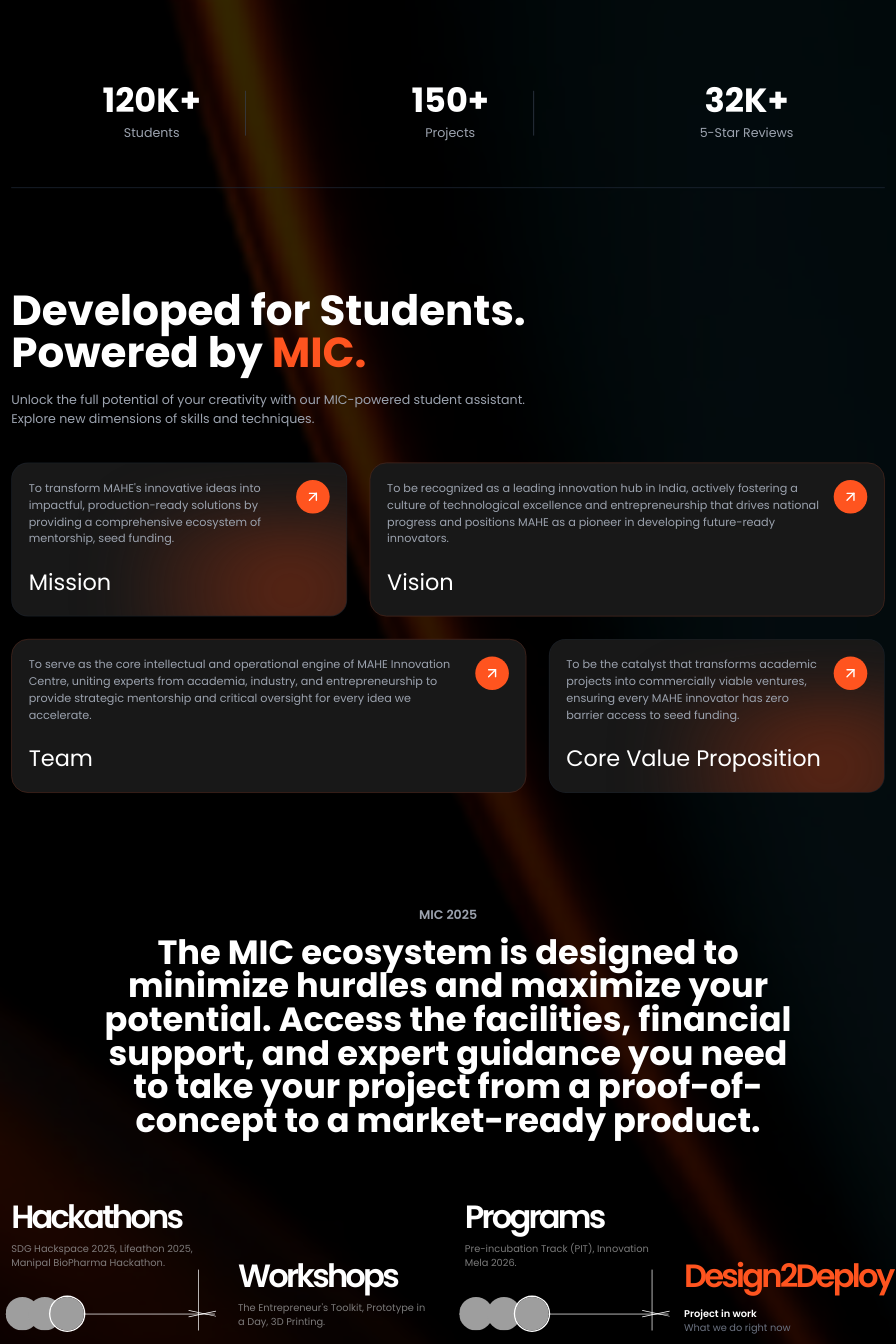
Repository: Sourish-19/Axiom
Page: /
These files come from the project's save history. The page is drawn as it stood at one moment and after a run of saves; the edit follows.
The browser window is 1280 px wide. The pictures show the part of the page from y = 624 to 2544 px (the page is 5731 px tall), at 70% of full size.
Pictures or frames that could not be fetched are drawn as grey boxes. Some web libraries are served in a nearby version. The project was rebuilt for these pictures with package versions that can differ from the ones it lists, and the page was loaded fresh each time. Also part of the build but not shown: vite.config.ts, components/Modal.tsx, components/ContactForm.tsx, components/EventRegistrationForm.tsx.

Above is the page before, as saved 2025-10-02 15:52:13.

### index.html
<!DOCTYPE html>
<html lang="en" class="scroll-smooth">
  <head>
    <meta charset="UTF-8" />
    <link rel="icon" type="image/svg+xml" href="/vite.svg" />
    <meta name="viewport" content="width=device-width, initial-scale=1.0" />
    <title>Axiom</title>
    <script src="https://cdn.tailwindcss.com"></script>
    <style>
      @import url('https://fonts.googleapis.com/css2?family=Poppins:wght@400;500;600;700;800;900&display=swap');
      body {
        font-family: 'Poppins', sans-serif;
      }
    </style>
  <script type="importmap">
{
  "imports": {
    "react/": "https://aistudiocdn.com/react@^19.1.1/",
    "react": "https://aistudiocdn.com/react@^19.1.1",
    "react-dom/": "https://aistudiocdn.com/react-dom@^19.1.1/"
  }
}
</script>
</head>
  <body>
    <div id="root"></div>
    <script type="module" src="/index.tsx"></script>
  </body>
</html>

### App.tsx

import React, { useState } from 'react';
import Header from './components/Header';
import Hero from './components/Hero';
import Stats from './components/Stats';
import DevelopedForStudents from './components/DevelopedForStudents';
import MICSystem from './components/MICSystem';
import Launchpad from './components/Launchpad';
import FAQ from './components/FAQ';
import CTA from './components/CTA';
import Footer from './components/Footer';
import Modal from './components/Modal';
import ContactForm from './components/ContactForm';
import EventRegistrationForm from './components/EventRegistrationForm';

function App() {
  const [isContactModalOpen, setIsContactModalOpen] = useState(false);
  const [isEventModalOpen, setIsEventModalOpen] = useState(false);

  return (
    <div className="bg-black text-white overflow-hidden relative">
      {/* Background elements */}
      <div className="absolute inset-0 z-0 opacity-20" style={{ backgroundImage: `url(${'/axiom_bg2.jpg'})`, backgroundSize: 'cover' }}></div>
      {/* <img src='/axiom_bg2.png' alt="background glow top" className="absolute -top-1/2 -right-1/4 w-full h-auto z-0 opacity-50 mix-blend-screen" />
      <img src="https://i.imgur.com/9v1M618.png" alt="background wave bottom" className="absolute -bottom-1/3 left-0 w-full h-auto z-0 opacity-40 mix-blend-screen" /> */}


      <div className="relative z-10">
        <Header onContactClick={() => setIsContactModalOpen(true)} />
        <main>
          <Hero onEventClick={() => setIsEventModalOpen(true)} />
          <Stats />
          <DevelopedForStudents />
          <MICSystem onEventClick={() => setIsEventModalOpen(true)} />
          <Launchpad onContactClick={() => setIsContactModalOpen(true)} />
          <FAQ />
          <CTA onContactClick={() => setIsContactModalOpen(true)} />
        </main>
        <Footer onContactClick={() => setIsContactModalOpen(true)}/>
      </div>

      {isContactModalOpen && (
        <Modal isOpen={isContactModalOpen} onClose={() => setIsContactModalOpen(false)}>
          <ContactForm />
        </Modal>
      )}

      {isEventModalOpen && (
        <Modal isOpen={isEventModalOpen} onClose={() => setIsEventModalOpen(false)}>
          <EventRegistrationForm />
        </Modal>
      )}
    </div>
  );
}

export default App;

### components/Header.tsx

import React, { useState, useEffect } from 'react';

const navLinks = [
  { name: 'Home', href: '#home' },
  { name: 'About MIC', href: '#about' },
  { name: 'Events', href: '#events' },
  { name: 'Resources', href: '#resources' },
  { name: 'FAQs', href: '#faqs' },
];

interface HeaderProps {
  onContactClick: () => void;
}

const Header: React.FC<HeaderProps> = ({ onContactClick }) => {
  const [activeLink, setActiveLink] = useState('home');
  const [isScrolled, setIsScrolled] = useState(false);

  useEffect(() => {
    const handleScroll = () => {
      const sections = ['home', 'about', 'events', 'resources', 'faqs', 'contact'];
      const scrollPosition = window.scrollY + 100;

      let currentSection = 'home';
      for (const sectionId of sections) {
        const section = document.getElementById(sectionId);
        if (section && section.offsetTop <= scrollPosition) {
          currentSection = sectionId;
        }
      }

      // Map contact to faqs for nav link highlighting
      // const navSection = currentSection === 'contact' ? 'faqs' : currentSection;
      setActiveLink(currentSection);

      setIsScrolled(window.scrollY > 10);
    };

    window.addEventListener('scroll', handleScroll);

    return () => {
      window.removeEventListener('scroll', handleScroll);
    };
  }, []);

  return (
    <header className={`fixed top-0 left-0 right-0 z-50 transition-all duration-300 ${isScrolled ? 'bg-black/80 backdrop-blur-md  ' : 'bg-transparent'} py-6 px-4 md:px-8 lg:px-16 xl:px-32`}>
      <div className="container mx-auto flex justify-between items-center">
        <div className="flex items-center">
            <img src="/axiom_logo.png" alt="Axiom Logo" className="h-8 w-auto" />
        </div>
        <nav className="hidden lg:flex items-center space-x-8">
          {navLinks.map((link) => (
            <a
              key={link.name}
              href={link.href}
              className={`relative text-base text-gray-300 hover:text-white transition-colors ${activeLink === link.href.substring(1) ? 'text-white' : ''}`}
            >
              {link.name}
              {activeLink === link.href.substring(1) && (
                  <span className="absolute bottom-[-8px] left-0 w-full h-0.5 bg-[#FF541F] rounded-full"></span>
              )}
            </a>
          ))}
        </nav>
        <div className="flex items-center space-x-4">
          <button onClick={onContactClick} className="bg-gradient-to-r from-[#FF541F] to-[#FF8A65] text-white px-6 py-2 rounded-md font-semibold hover:opacity-90 transition-opacity">
            Contact us
          </button>
          <button className="lg:hidden text-white">
            <svg className="w-6 h-6" fill="none" stroke="currentColor" viewBox="0 0 24 24" xmlns="http://www.w3.org/2000/svg"><path strokeLinecap="round" strokeLinejoin="round" strokeWidth="2" d="M4 6h16M4 12h16m-7 6h7"></path></svg>
          </button>
        </div>
      </div>
    </header>
  );
};

export default Header;

### components/Hero.tsx
import React from 'react';
import { StarIcon } from './Icons';

interface HeroProps {
  onEventClick: () => void;
}

const Hero: React.FC<HeroProps> = ({ onEventClick }) => {
  return (
    <section
      id="home"
      className="py-20 md:py-32 px-4 relative"
    >
      <div className="container mx-auto text-center relative">
        <div className="flex justify-center items-center mb-6 bg-gray-900 bg-opacity-50 border border-gray-700 rounded-full px-4 py-2 w-fit mx-auto backdrop-blur-sm">
          <div className="flex -space-x-2 mr-3">
            <img className="inline-block h-8 w-8 rounded-full ring-2 ring-gray-800" src="https://picsum.photos/id/1027/50/50" alt="Peer 1" />
            <img className="inline-block h-8 w-8 rounded-full ring-2 ring-gray-800" src="https://picsum.photos/id/1011/50/50" alt="Peer 2" />
            <img className="inline-block h-8 w-8 rounded-full ring-2 ring-gray-800" src="https://picsum.photos/id/1012/50/50" alt="Peer 3" />
          </div>
          <div className="flex flex-col mr-3">
            <div className="flex">
                {[...Array(5)].map((_, i) => <StarIcon key={i} className="w-4 h-4" />)}
            </div>
            <span className="text-gray-300 text-xs mt-1">115+ happy peers</span>
          </div>
        </div>

        <h1 className="text-5xl md:text-7xl font-extrabold leading-tight">
          Automate <span className="text-[#FF541F]">Intelligence.</span>
          <br />
          Accelerate Growth.
        </h1>
        <p className="max-w-2xl mx-auto mt-6 text-lg text-gray-400">
          Our AI-powered SaaS platform empowers businesses to streamline operations, automate repetitive tasks, and make smarter, data-driven decisions—all from one intuitive dashboard.
        </p>
        <div className="mt-10 flex flex-col sm:flex-row justify-center items-center gap-4">
          <button onClick={onEventClick} className="bg-gradient-to-r from-[#FF541F] to-[#FF8A65] text-white px-8 py-3 rounded-md font-semibold text-lg hover:opacity-90 transition-opacity w-full sm:w-auto">
            Get Started
          </button>
          <a href="#" className="border border-gray-600 text-white px-8 py-3 rounded-md font-semibold text-lg hover:bg-gray-800 transition-colors w-full sm:w-auto">
            Get In Touch
          </a>
        </div>
      </div>
    </section>
  );
};

export default Hero;

### components/Stats.tsx

import React from 'react';

const stats = [
  { value: '120K+', label: 'Students' },
  { value: '150+', label: 'Projects' },
  { value: '32K+', label: '5-Star Reviews' },
];

const Stats = () => {
  return (
    <section className="py-16 px-4">
      <div className="container mx-auto">
        <div className="flex flex-col md:flex-row justify-around items-center text-center gap-10">
          {stats.map((stat, index) => (
            <div key={index} className="relative w-full md:w-auto">
              {index < stats.length - 1 && <div className="hidden md:block absolute top-1/2 right-0 transform -translate-y-1/2 h-16 w-px bg-gray-700 -mr-16"></div>}
              <p className="text-5xl font-bold text-white">{stat.value}</p>
              <p className="mt-2 text-lg text-gray-400">{stat.label}</p>
            </div>
          ))}
        </div>
        <div className="mt-16 border-t border-gray-800"></div>
      </div>
    </section>
  );
};

export default Stats;

### components/DevelopedForStudents.tsx
import React from 'react';
import { ArrowRightIcon } from './Icons';

interface CardProps {
  title: string;
  content: string;
  className?: string;
  hasGradient?: boolean;
}

const Card: React.FC<CardProps> = ({ title, content, className = '', hasGradient = false }) => {
  return (
    <div
      className={`bg-[#181818] h-[220px] border rounded-3xl group relative overflow-hidden ${className}`}
    >
      {hasGradient && (
        <div aria-hidden="true" className="absolute z-1 top-1/3 left-1/3 size-full bg-[radial-gradient(circle,_#602614_0%,_transparent_100%)] blur-2xl"></div>
      )}

      <div className='absolute z-2 top-0 bottom-0 left-0 right-0 p-6 flex flex-col justify-between'>
        <div className="flex justify-between items-start">
          <p className="text-gray-400 text-base pr-4">{content}</p>
          <div className="bg-[#FF541F] p-3 rounded-full text-white group-hover:rotate-45 transition-transform duration-300 flex-shrink-0">
            <ArrowRightIcon className="w-6 h-6 transform -rotate-45" />
          </div>
        </div>

        <div>
          <h3 className="text-[32px]  font-thin">{title}</h3>
        </div>
      </div>
    </div>
  );
};


const DevelopedForStudents = () => {
  return (
    <section id="about" className="py-20 px-4">
      <div className="container mx-auto">
        <div className="max-w-3xl mb-12">
          <h2 className="text-5xl md:text-6xl font-bold leading-tight">
            Developed for Students.
            <br />
            Powered by <span className="text-[#FF541F]">MIC.</span>
          </h2>
          <p className="mt-6 text-lg text-gray-400">
            Unlock the full potential of your creativity with our MIC-powered student assistant. Explore new dimensions of skills and techniques.
          </p>
        </div>

        <div className="grid grid-cols-1 md:grid-cols-5 gap-8">
          <Card
            className="md:col-span-2 border-gray-800/50"
            title="Mission"
            content="To transform MAHE's innovative ideas into impactful, production-ready solutions by providing a comprehensive ecosystem of mentorship, seed funding."
            hasGradient={true}
          />
          <Card
            className="md:col-span-3 border-[#49271d]"
            title="Vision"
            content="To be recognized as a leading innovation hub in India, actively fostering a culture of technological excellence and entrepreneurship that drives national progress and positions MAHE as a pioneer in developing future-ready innovators."
          />
          <Card
            className="md:col-span-3 border-[#49271d]"
            title="Team"
            content="To serve as the core intellectual and operational engine of MAHE Innovation Centre, uniting experts from academia, industry, and entrepreneurship to provide strategic mentorship and critical oversight for every idea we accelerate."
          />
          <Card
            className="md:col-span-2 border-gray-800/50"
            title="Core Value Proposition"
            content="To be the catalyst that transforms academic projects into commercially viable ventures, ensuring every MAHE innovator has zero barrier access to seed funding."
            hasGradient={true}
          />
        </div>
      </div>
    </section>
  );
};

export default DevelopedForStudents;

### components/CTA.tsx

import React from 'react';
import { ArrowRightIcon } from './Icons';

interface CTAProps {
    onContactClick: () => void;
}

const CTA: React.FC<CTAProps> = ({ onContactClick }) => {
    return (
        <section id="contact" className="py-20 px-4 flex justify-center">
            <div className="relative overflow-hidden bg-[#181818] border border-white/10 rounded-3xl text-center w-[1120px] h-[374.78px] p-8 md:p-12">

                {/* Background Grid */}
                <div className="absolute inset-0 bg-[linear-gradient(to_right,#80808012_1px,transparent_1px),linear-gradient(to_bottom,#80808012_1px,transparent_1px)] bg-[2rem_2rem] opacity-50"></div>

                {/* Background Gradient */}
                <div className="absolute inset-0 bg-[radial-gradient(ellipse_at_top_center,_rgba(255,84,31,0.3),_transparent_50%)]"></div>

                <div className="relative z-10 flex flex-col items-center justify-center h-full">
                    <h2 className="text-4xl md:text-5xl font-bold">
                        Ready to work with us?
                    </h2>
                    <p className="text-lg text-gray-300 mt-6 max-w-3xl mx-auto">
                        Have an innovative idea, a partnership proposal, or a question about the MAHE Innovation Centre?
                        Reach out to us today—we're ready to connect and help accelerate your journey.
                    </p>
                    <div className="mt-10">
                        <button
                            onClick={onContactClick}
                            className="bg-[#FF541F] text-white px-8 py-4 rounded-md font-semibold text-lg hover:bg-opacity-90 transition-all inline-flex items-center gap-2"
                        >
                            Join Us <ArrowRightIcon className="w-5 h-5" />
                        </button>
                    </div>
                </div>
            </div>
        </section>
    );
};

export default CTA;

### components/Footer.tsx

import React from 'react';
import { GitHubIcon, GlobeIcon } from './Icons';

interface FooterProps {
    onContactClick: () => void;
}

const Footer: React.FC<FooterProps> = ({ onContactClick }) => {
  return (
    <footer className="py-16 px-4 md:px-8 lg:px-16 xl:px-32 border-t border-gray-800">
      <div className="container mx-auto">
        <div className="grid grid-cols-1 md:grid-cols-12 gap-12">
          {/* About Us */}
          <div className="md:col-span-5 lg:col-span-6">
             <img src="/axiom_logo.png" alt="Axiom Logo" className="h-10 w-auto mb-4" />
            <p className="text-gray-400 max-w-md">
                The MAHE Innovation Centre (MIC) is the dedicated hub for fostering and accelerating technological and entrepreneurial spirit within the Manipal Academy of Higher Education (MAHE) ecosystem.
            </p>
          </div>

          {/* Useful Links */}
          <div className="md:col-span-3 lg:col-span-3">
            <h4 className="text-lg font-semibold mb-4 text-white">Useful Links</h4>
            <ul className="space-y-3">
              <li><a href="#home" className="text-gray-400 hover:text-white transition-colors">Home</a></li>
              <li><a href="#about" className="text-gray-400 hover:text-white transition-colors">About MIC</a></li>
              <li><a href="#events" className="text-gray-400 hover:text-white transition-colors">Events / Resources</a></li>
              <li><button onClick={onContactClick} className="text-gray-400 hover:text-white transition-colors text-left">Contact</button></li>
            </ul>
          </div>

          {/* Connect With Us */}
          <div className="md:col-span-4 lg:col-span-3">
            <h4 className="text-lg font-semibold mb-4 text-white">Connect With Us</h4>
            <ul className="space-y-3 text-gray-400">
                <li>BSF Campus, Yelahanka,</li>
                <li>Govindapura, Bengaluru,</li>
                <li>Karnataka 560064</li>
                <li className="pt-2"><a href="tel:+1233242653" className="hover:text-white transition-colors">+123 324 2653</a></li>
                <li><a href="mailto:username@mail.com" className="hover:text-white transition-colors">username@mail.com</a></li>
            </ul>
          </div>
        </div>
        <div className="mt-16 border-t border-gray-800 pt-8 flex flex-col sm:flex-row justify-between items-center text-gray-500">
            <p>© 2025 All Right Reserved.</p>
            <div className="flex space-x-4 mt-4 sm:mt-0">
                <a href="#" className="w-10 h-10 flex items-center justify-center bg-gray-800 rounded-full hover:bg-[#FF541F] text-gray-400 hover:text-white transition-colors"><GitHubIcon className="w-5 h-5" /></a>
                <a href="#" className="w-10 h-10 flex items-center justify-center bg-gray-800 rounded-full hover:bg-[#FF541F] text-gray-400 hover:text-white transition-colors"><GlobeIcon className="w-5 h-5" /></a>
            </div>
        </div>
      </div>
    </footer>
  );
};

export default Footer;

### components/Icons.tsx

import React from 'react';

// FIX: Changed component signature to use React.FC to correctly handle React-specific props like 'key'.
export const StarIcon: React.FC<{ className?: string }> = ({ className }) => (
  <svg className={className} width="16" height="15" viewBox="0 0 16 15" fill="none" xmlns="http://www.w3.org/2000/svg">
    <path d="M8 0L9.79611 5.52786H15.6085L10.9062 8.94427L12.7023 14.4721L8 11.0557L3.29772 14.4721L5.09383 8.94427L0.391548 5.52786H6.20389L8 0Z" fill="#ff541f"/>
  </svg>
);

// FIX: Changed component signature to use React.FC to correctly handle React-specific props like 'key'.
export const ArrowRightIcon: React.FC<{ className?: string }> = ({ className }) => (
  <svg className={className} width="24" height="24" viewBox="0 0 24 24" fill="none" xmlns="http://www.w3.org/2000/svg">
    <path d="M5 12H19" stroke="currentColor" strokeWidth="2" strokeLinecap="round" strokeLinejoin="round"/>
    <path d="M12 5L19 12L12 19" stroke="currentColor" strokeWidth="2" strokeLinecap="round" strokeLinejoin="round"/>
  </svg>
);

// FIX: Changed component signature to use React.FC to correctly handle React-specific props like 'key'.
export const ChevronDownIcon: React.FC<{ className?: string }> = ({ className }) => (
  <svg className={className} width="24" height="24" viewBox="0 0 24 24" fill="none" xmlns="http://www.w3.org/2000/svg">
    <path d="M6 9L12 15L18 9" stroke="currentColor" strokeWidth="2" strokeLinecap="round" strokeLinejoin="round"/>
  </svg>
);

// FIX: Changed component signature to use React.FC to correctly handle React-specific props like 'key'.
export const CheckCircleIcon: React.FC<{ className?: string }> = ({ className }) => (
    <svg className={className} width="20" height="20" viewBox="0 0 20 20" fill="none" xmlns="http://www.w3.org/2000/svg">
        <path d="M10 18.3333C14.6024 18.3333 18.3333 14.6024 18.3333 10C18.3333 5.39763 14.6024 1.66666 10 1.66666C5.39763 1.66666 1.66666 5.39763 1.66666 10C1.66666 14.6024 5.39763 18.3333 10 18.3333Z" stroke="currentColor" strokeWidth="1.5" strokeLinecap="round" strokeLinejoin="round"/>
        <path d="M7.5 10L9.16667 11.6667L12.5 8.33334" stroke="currentColor" strokeWidth="1.5" strokeLinecap="round" strokeLinejoin="round"/>
    </svg>
);

export const GitHubIcon: React.FC<{ className?: string }> = ({ className }) => (
  <svg className={className} viewBox="0 0 24 24" fill="currentColor" xmlns="http://www.w3.org/2000/svg">
    <path fillRule="evenodd" clipRule="evenodd" d="M12 2C6.477 2 2 6.477 2 12c0 4.418 2.865 8.168 6.839 9.492.5.092.682-.217.682-.482 0-.237-.009-.868-.014-1.703-2.782.605-3.369-1.343-3.369-1.343-.454-1.158-1.11-1.466-1.11-1.466-.908-.62.069-.608.069-.608 1.003.07 1.531 1.032 1.531 1.032.892 1.53 2.341 1.088 2.91.832.092-.647.35-1.088.636-1.338-2.22-.253-4.555-1.113-4.555-4.951 0-1.093.39-1.988 1.032-2.688-.103-.253-.446-1.272.098-2.65 0 0 .84-.27 2.75 1.026A9.564 9.564 0 0112 6.82c.85.004 1.705.115 2.504.337 1.909-1.296 2.747-1.027 2.747-1.027.546 1.378.203 2.398.1 2.65.64.7 1.03 1.595 1.03 2.688 0 3.848-2.338 4.695-4.566 4.943.359.309.678.92.678 1.855 0 1.338-.012 2.419-.012 2.747 0 .268.18.578.688.482A10.001 10.001 0 0022 12c0-5.523-4.477-10-10-10z"/>
  </svg>
);

export const GlobeIcon: React.FC<{ className?: string }> = ({ className }) => (
    <svg className={className} fill="none" stroke="currentColor" viewBox="0 0 24 24" xmlns="http://www.w3.org/2000/svg">
        <path strokeLinecap="round" strokeLinejoin="round" strokeWidth="2" d="M3.055 11H5a2 2 0 012 2v1a2 2 0 002 2h10a2 2 0 002-2v-1a2 2 0 012-2h1.945M7.735 4.055A9 9 0 1016.265 19.945M12 18a6 6 0 100-12 6 6 0 000 12z"></path>
    </svg>
);

export const XIcon: React.FC<{ className?: string }> = ({ className }) => (
    <svg className={className} fill="none" stroke="currentColor" viewBox="0 0 24 24" xmlns="http://www.w3.org/2000/svg">
        <path strokeLinecap="round" strokeLinejoin="round" strokeWidth="2" d="M6 18L18 6M6 6l12 12"></path>
    </svg>
);

Loaded but not shown: index.tsx (common file); components/MICSystem.tsx (128 lines, source omitted); components/Launchpad.tsx (132 lines, source omitted); components/FAQ.tsx (103 lines, source omitted)

After the next 3 saves:
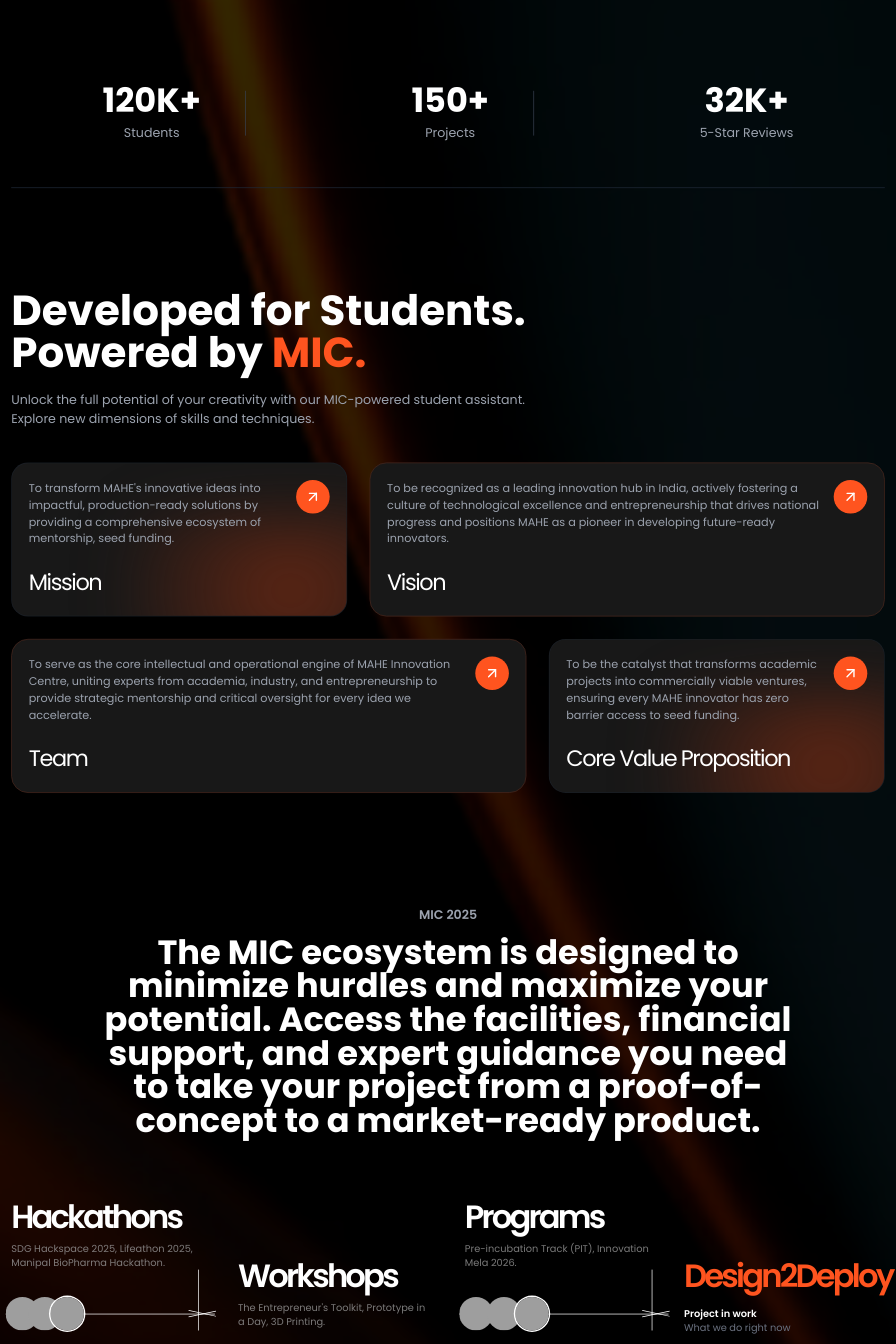
The 3 saves are shown as one change because they came seconds apart.
The last was saved 22 s later.
--- a/components/DevelopedForStudents.tsx
+++ b/components/DevelopedForStudents.tsx
@@ -26,7 +26,7 @@
         </div>
 
         <div>
-          <h3 className="text-[32px]  font-thin">{title}</h3>
+          <h3 className="text-[32px] tracking-[-2px] font-thin">{title}</h3>
         </div>
       </div>
     </div>
